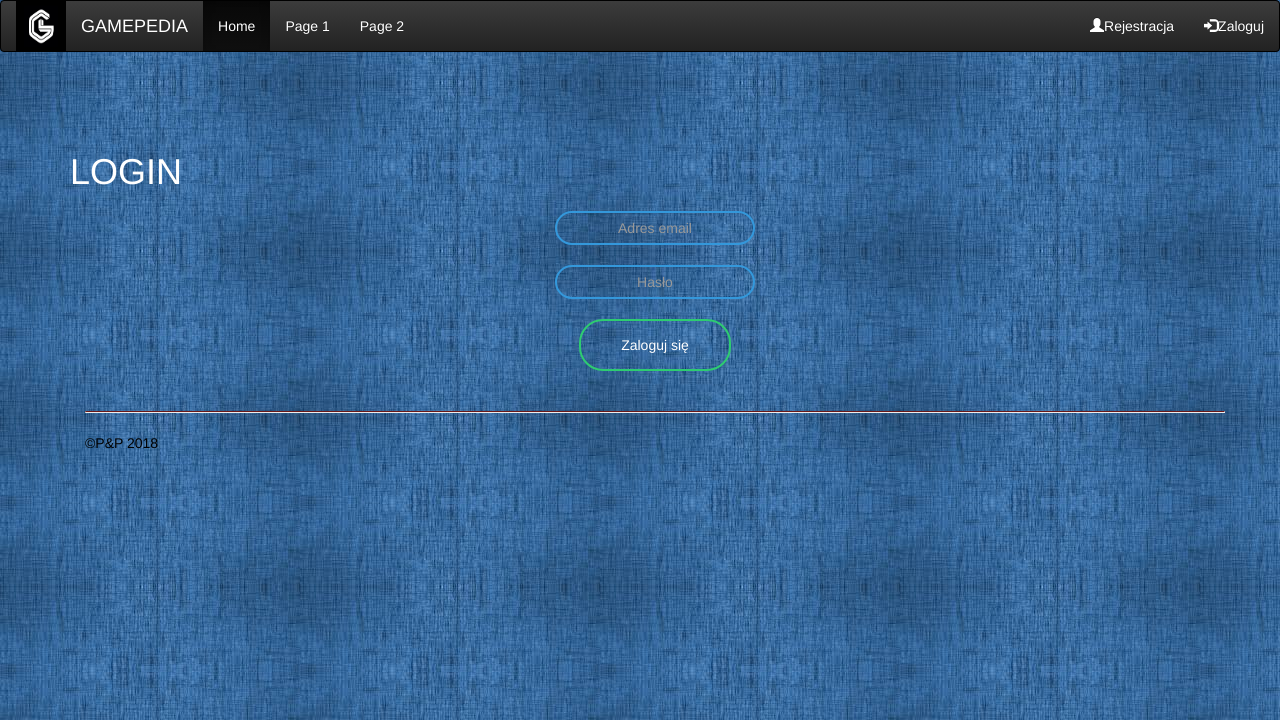
Repository: DaveDavMat/website
Page: http://localhost/logform.php
An editor plug-in stored every save of this project. The page is shown before and after the next save, followed by the edit.
The browser window is 1280 px wide. The pictures show the whole page.
Some web libraries are served in a nearby version. The page is run by PHP 8.4 with error messages shown; the project is at /var/www/html/. Other server files are loaded and not shown.

Above is the page before, as saved 2018-11-27 19:06:38.

### logform.php
<?php
session_start();
require('nav.php');
?>
        <?php
        if(isset($_SESSION["success"])){
                if($_SESSION["success"] == true){
                        echo '
                        <div class="alert alert-success">
                          <strong>GRATULUJEMY!</strong> Konto zostało założone.
                        </div>
                        ';
                        session_unset("success");
                }else{
                        echo '<div class="alert alert-danger">
                          <strong>PRZYKRO NAM!</strong> Konto nie zostało założone.
                        </div>';
                        session_unset("success");
                }
        }
        if(isset($_SESSION["EmailError"])){
                if($_SESSION["EmailError"] == true){
                        echo '
                        <div class="alert alert-danger">
                          <strong>Przkyor nam!</strong> Konto już istnieje.
                        </div>
                        ';
                        session_unset("EmailError");
                }
        }

        ?>

<div class="container">


    <div class="container">
        <form method="POST" action="zaloguj.php" class="box" role="form">
                             <div>
                                 <h1>Login</h1>
                                  <input type="text" placeholder="Adres email" class="form-control" name="email">
                              </div>
                             <div class="form-group">
                                 <input type="password" placeholder="Hasło" class="form-control" name="password">
                             </div>
                             <input type="submit" class="btn" value="Zaloguj się">

                        </form>

    </div>

      <?php
        require('foot.php');
        ?>

### nav.php
<!doctype html>

<html class="no-js" lang="pl">
    <head>
        <meta charset="utf-8">
        <meta http-equiv="X-UA-Compatible" content="IE=edge,chrome=1">
        <title>GAMEINFO</title>
        <meta name="description" content="">
        <meta name="viewport" content="width=device-width, initial-scale=1">
        <link rel="apple-touch-icon" href="apple-touch-icon.png">
        <link rel="stylesheet" href="css/main.css">

        <link rel="stylesheet" href="css/bootstrap.css">

        <style>
            body {
                background-image: url("img/bck.jpg");
                padding-bottom: 20px;
            }
        </style>
        <link rel="stylesheet" href="css/bootstrap-theme.min.css">


        <script src="js/vendor/modernizr-2.8.3-respond-1.4.2.min.js"></script>

    </head>
    <body  overflow-y:"scroll;>

    <nav class="navbar navbar-inverse">
  <div class="container-fluid">
    <div class="navbar-header">
      <img src="img/logo.jpg" class="logo">
      <a class="navbar-brand" href="index.php">GAMEPEDIA</a>
    </div>
    <ul class="nav navbar-nav">
      <li class="active"><a href="index.php">Home</a></li>
      <li ><a href="#">Page 1</a></li>
      <li ><a href="#">Page 2</a></li>
    </ul>
       <?php
                if(isset($_SESSION['loginSuccess'])){
                        if($_SESSION['loginSuccess'] == true){

                                echo " <a href='logout.php' class='button1'>Wyloguj!</a>
                                <span style='color:red;' class='loggedin'>Witaj, ".$_SESSION["loginName"]."!</span>";


                        }else{ echo '<ul class="nav navbar-nav navbar-right">
      <li><a href="rejestracja.php"><span class="glyphicon glyphicon-user"></span>Rejestracja</a></li>
      <li><a href="logform.php"><span class="glyphicon glyphicon-log-in"></span>Zaloguj</a></li>
    </ul>';
                          }
                }else{
                  echo '<ul class="nav navbar-nav navbar-right">
      <li><a href="rejestracja.php"><span class="glyphicon glyphicon-user"></span>Rejestracja</a></li>
      <li><a href="logform.php"><span class="glyphicon glyphicon-log-in"></span>Zaloguj</a></li>
    </ul>';

                }
                ?>
  </div>
</nav>



        </div>

### foot.php
 <div class="container">
<footer>
            <hr>
        <p>&copy;P&P 2018</p>

</footer>
    </div> <!-- /container -->        <script src="//ajax.googleapis.com/ajax/libs/jquery/1.11.2/jquery.min.js"></script>
        <script>window.jQuery || document.write('<script src="js/vendor/jquery-1.11.2.min.js"><\/script>')</script>

        <script src="js/vendor/bootstrap.min.js"></script>

        <script src="js/main.js"></script>

</div>
    </body>
</html>

### css/main.css


/* ==========================================================================
   Author's custom styles
   ========================================================================== */


.box {
    margin-right: -15px;
    margin-left: -15px;
    margin-top: 7%;
}


html {
    overflow-y:scroll;
}

body { min-height:101%;
 }

#myCarousel{
    margin-top:4%;
}

.loggedin{
float:right;
}

a.button1{
padding:0.35em 1.2em;
border:0.1em solid #000000;
margin:0 0.3em 0.3em 0;
border-radius:0.12em;
box-sizing: border-box;
text-decoration:none;
font-family:'Roboto',sans-serif;
font-weight:300;
color:#000000;
background-color:#FFFFFF;
text-align:center;
transition: all 0.2s;
float:right;
margin-left:20px;
}
a.button1:hover{
color:#FFFFFF;
background-color:#000000;
}
@media all and (max-width:30em){
 a.button1{
display:block;
margin:0.4em auto;
}
}

.logo{
height:50px;
width:50px;
float:left;
margin-right:15px;

}

.navbar{
background-color: #000 !important;

}

.navbar-brand{
color:white;
}


box{
  width: 300px;
  padding: 40px;
  position: absolute;
  top: 50%;
  left: 50%;
  transform: translate(-50%,-50%);
  background: #191919;
  text-align: center;
}
.box h1{
  color: white;
  text-transform: uppercase;
  font-weight: 500;
}
.box input[type = "text"],.box input[type = "password"]{
  border:0;
  background: none;
  display: block;
  margin: 20px auto;
  text-align: center;
  border: 2px solid #3498db;
  padding: 14px 10px;
  width: 200px;
  outline: none;
  color: white;
  border-radius: 24px;
  transition: 0.25s;
}
.box input[type = "text"]:focus,.box input[type = "password"]:focus{
  width: 280px;
  border-color: #2ecc71;
}
.box input[type = "submit"]{
  border:0;
  background: none;
  display: block;
  margin: 20px auto;
  text-align: center;
  border: 2px solid #2ecc71;
  padding: 14px 40px;
  outline: none;
  color: white;
  border-radius: 24px;
  transition: 0.25s;
  cursor: pointer;
}
.box input[type = "submit"]:hover{
  background: #2ecc71;
}

Loaded but not shown: css/bootstrap.css (library); css/bootstrap-theme.min.css (library)

After the next save:
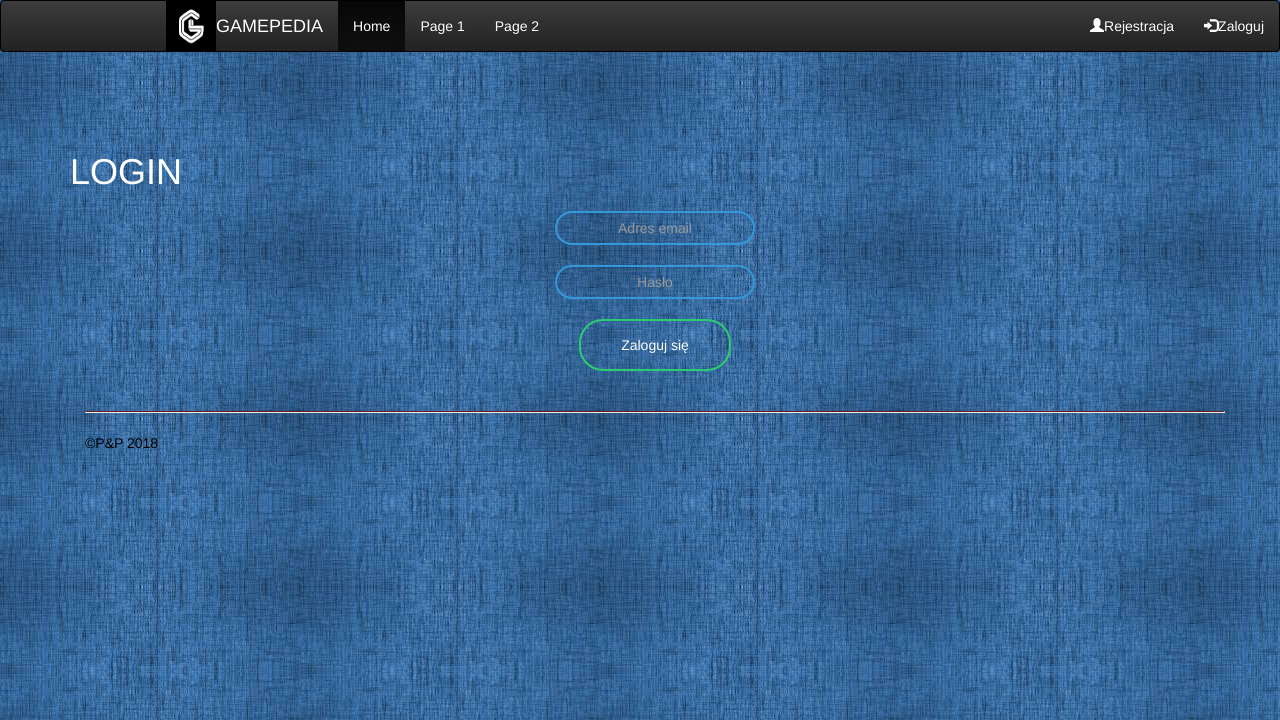
Saved 14 s later.
--- a/css/main.css
+++ b/css/main.css
@@ -58,7 +58,7 @@
 height:50px;
 width:50px;
 float:left;
-margin-right:15px;
+margin-left:150px;
 
 }
 
